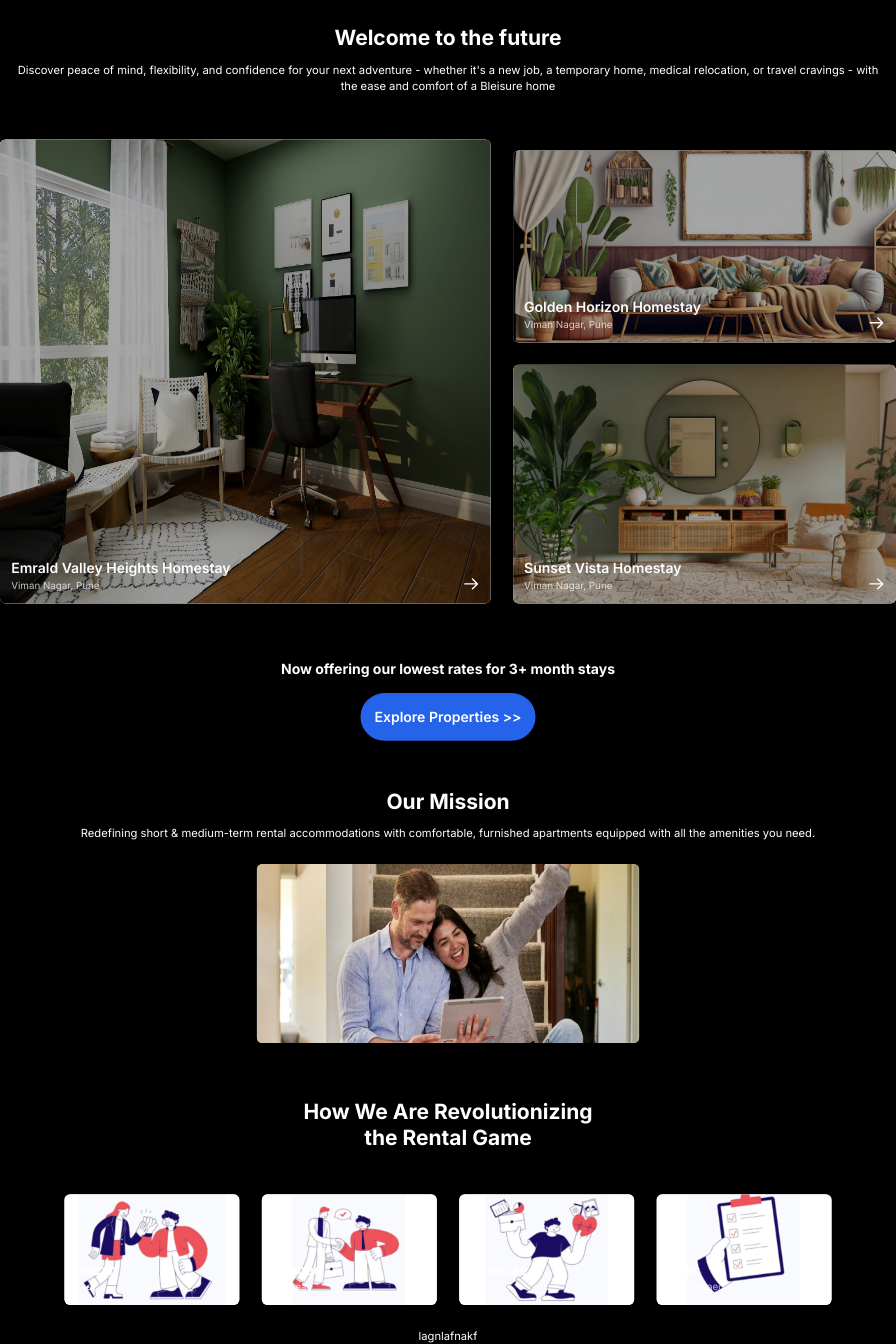
Repository: aditya-jha-kumar/BleisureHosting-V1
Page: /home
An editor plug-in stored every save of this project. The page is shown before and after a run of saves, followed by the edit.
The browser window is 1280 px wide. The pictures show the part of the page from y = 733 to 2653 px (the page is 2653 px tall), at 70% of full size.
The project was rebuilt for these pictures with package versions that can differ from the ones it lists, and the page was loaded fresh each time. The framework's server and built-in components were replaced by stand-ins that run in the browser. Also part of the build but not shown: next.config.mjs.

Above is the page before, as saved 2024-06-12 15:37:45.

After the next 10 saves:
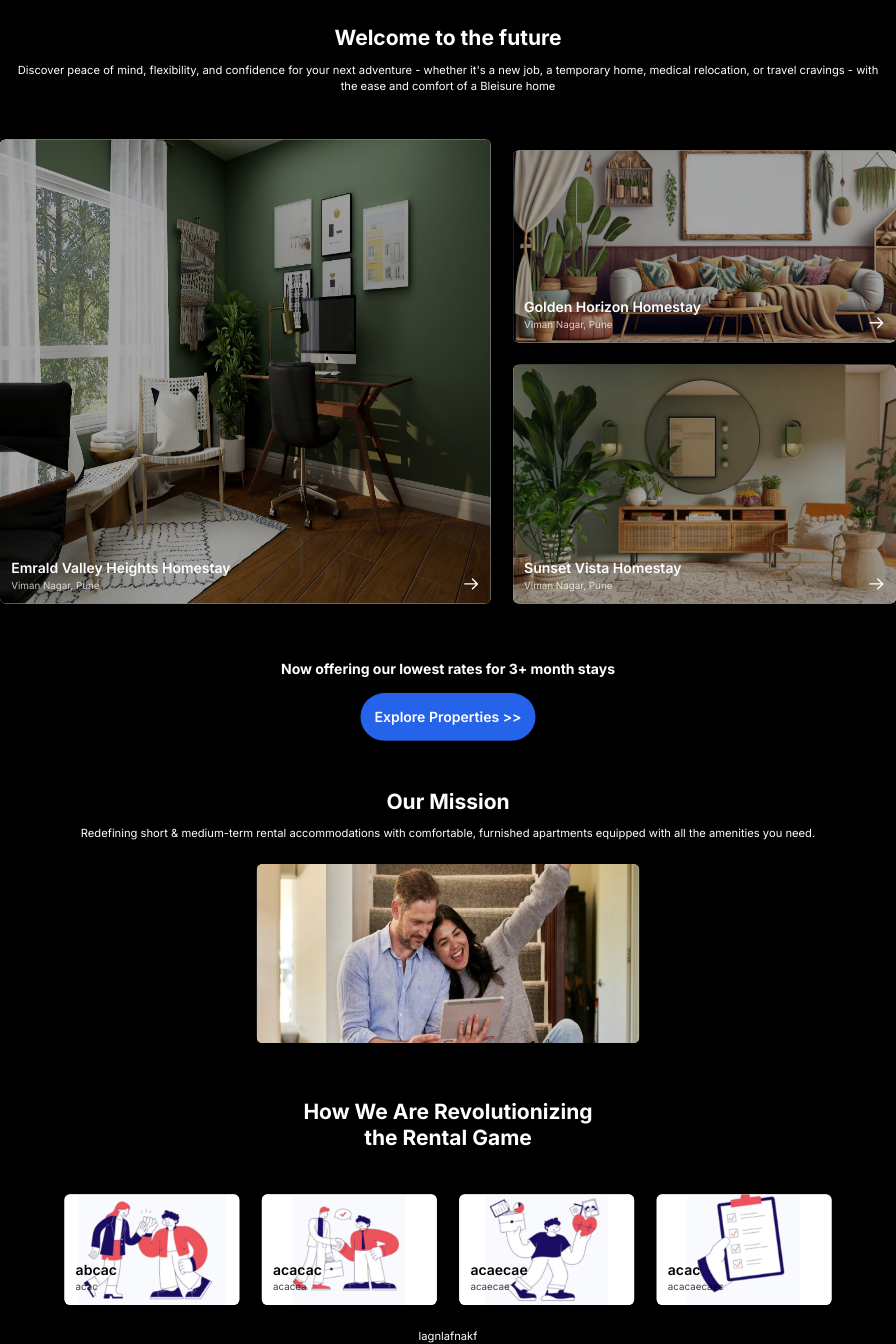
The 10 saves are shown as one change because they came seconds apart.
The last was saved 27 s later.
--- a/src/components/Card2.tsx
+++ b/src/components/Card2.tsx
@@ -34,8 +34,8 @@ const Card = ({
 
       {/* Large Text */}
       <div className="absolute bottom-0 left-0 p-4">
-        <h2 className="text-xl font-semibold text-white">{largeText}</h2>
-        <p className="text-sm text-white opacity-75">{smallText}</p>
+        <h2 className="text-xl font-semibold text-black">{largeText}</h2>
+        <p className="text-sm text-black opacity-75">{smallText}</p>
       </div>
 
       {/* Arrow Icon */}
@@ -43,7 +43,7 @@ const Card = ({
         <div className="absolute bottom-0 right-0 p-4">
           <svg
             xmlns="http://www.w3.org/2000/svg"
-            className="h-6 w-6 text-white"
+            className="h-6 w-6 text-black"
             fill="none"
             viewBox="0 0 24 24"
             stroke="currentColor"
